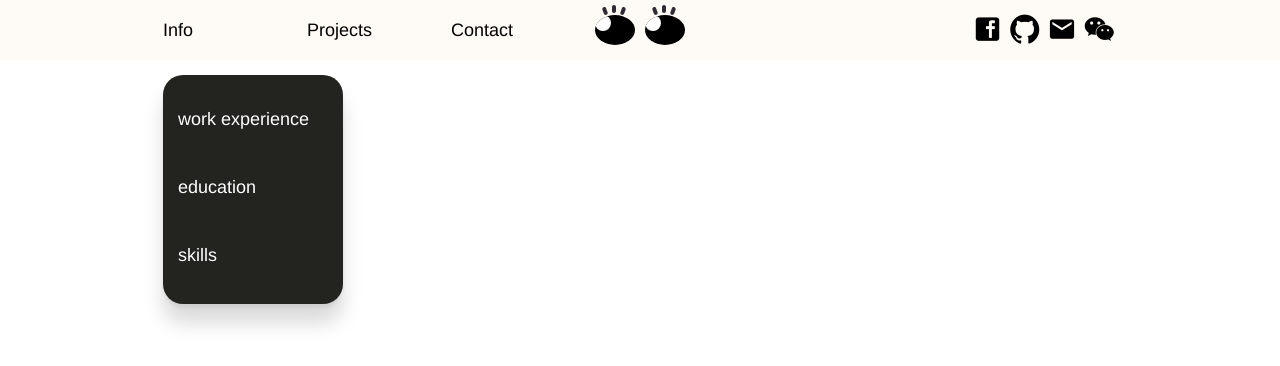
Repository: jinghuai8092/personal_website
Page: /
An editor plug-in stored every save of this project. The page is shown before and after the next save, followed by the edit.
The browser window is 1280 px wide. The pictures show the whole page.
The project was rebuilt for these pictures with package versions that can differ from the ones it lists, and the page was loaded fresh each time.

Above is the page before, as saved 2021-09-09 22:38:27.

### src/index.js
import React from 'react';
import ReactDOM from 'react-dom';
import App from './App';
import reportWebVitals from './reportWebVitals';
import './reset.css';
import './style.module.css';
import './status/iconFont/iconFont.module.css';

ReactDOM.render(
  <React.StrictMode>
    <App />
  </React.StrictMode>,
  document.getElementById('root')
);

// If you want to start measuring performance in your app, pass a function
// to log results (for example: reportWebVitals(console.log))
// or send to an analytics endpoint. Learn more: https://bit.ly/CRA-vitals
reportWebVitals();

### src/App.js
import Header from "./common/header";

function App() {
  return (
    <Header></Header>
  );
}

export default App;

### src/style.module.css
:global(.positionRelative){
    position: relative;
}

### src/status/iconFont/iconFont.module.css
@font-face {
    font-family: 'iconfont';
    src: url('./iconfont.woff2?t=1631239155577') format('woff2'),
         url('./iconfont.woff?t=1631239155577') format('woff'),
         url('./iconfont.ttf?t=1631239155577') format('truetype');
  }
  :global(.iconfont) {
    font-family: "iconfont" !important;
    font-size: 16px;
    font-style: normal;
    -webkit-font-smoothing: antialiased;
    -moz-osx-font-smoothing: grayscale;
  }

### src/common/header/index.js
import React, { PureComponent } from 'react';
import styles from './header.module.css'
import classNames from 'classnames';


class Header extends PureComponent {
    render() {
        return (
            <div className={styles.header}>
                <nav className={styles.nav}>
                    <ul className={styles.ul}>
                        <li className={styles.li}>Info
                            <div className={styles.infoMenu}>
                                <ul>
                                    <li>work experience</li>
                                    <li>education</li>
                                    <li>skills</li>
                                </ul>
                            </div>
                        </li>
                        <li className={styles.li}>Projects</li>
                        <li className={styles.li}>Contact</li>
                        <li className='positionRelative'>
                            <div className={classNames(styles.eyes, styles.eyesLeft)} >
                                <span className={styles.circle}></span>
                            </div>
                            <span className={classNames(styles.lash, styles.lashLeft)}></span>
                        </li>
                        <li className='positionRelative'>
                            <div className={classNames(styles.eyes, styles.eyesRight)} >
                                <span className={styles.circle}></span>
                            </div>
                            <span className={classNames(styles.lash, styles.lashRight)}></span>
                        </li>
                        <li className={styles.li}></li>
                        <li className={styles.li}></li>
                        <li className={styles.li}>
                            <span className={classNames('iconfont', styles.iconfont)}>&#xe68c; </span>
                            <span className={classNames('iconfont', styles.iconfont)}>&#xea0b; </span>
                            <span className={classNames('iconfont', styles.iconfont)}>&#xe634; </span>
                            <span className={classNames('iconfont', styles.iconfont)}>&#xe6ca; </span>
                        </li>

                    </ul>


                </nav >
            </div>
        )
    }
}

export default Header;

### src/common/header/header.module.css
.header{
    position: fixed;
    width: 100%;
    z-index:999;
    background-color: #fefaf6;
}
.nav{
    max-width: 1600px;
    width: 100%;
    margin:0 auto;
    position: relative;
    display: block;
}
.ul{
    margin: 0 auto;
    list-style-type: none;
    display: flex;
    padding: 0;
    max-width: 90%;
    box-sizing: border-box;
    align-items: center;
    justify-content: center;
    margin:0 auto;
    font-family: Biotif-Regular,Helvetica Neue,Helvetica,Arial,sans-serif;
    font-size: 18px;
}
.li{
    display: list-item;
    height: 60px;
    line-height: 60px;
    width: 12.5%;
}

.eyes{
    background: black;
    width: 40px;
    height: 30px;
    border-radius: 50%;
    overflow: hidden;
    position: relative;
}
.eyesLeft{
    margin-right: 5px;
}
.eyesRight{
    margin-left: 5px;

}
.circle{
    background-color: white;
    width: 16px;
    height: 16px;
    border-radius: 50%;
    position:relative;
    transform: rotate(0deg);
    display: flex;
    transform-origin: 25px 15px;
}
.lash{
    background-image: url(../../status/images/header/lash.svg);
    position:absolute;
    width: 24px;
    height: 10px;
    top: -10px;
    left:7px;
}
.lashRight{
    margin-left:5px;
}
.lashLeft{
    margin-right: 5px;
}
.iconfont{
    font-size: 29px!important;
    margin-right: 1px;
}
.infoMenu{
    pointer-events: none;
    opacity: 1;
    transition: all .2s cubic-bezier(.175,.885,.32,1.275);
    transform: translate3d(0,15px,0);
    position: relative;
    z-index: 10000;
}
.infoMenu>ul{
    list-style-type: none;
    margin: 0;
    padding: 10px 15px 15px;
    background: #232320;
    box-shadow: 0 4px 4px rgb(0 0 0 / 6%), 0 19px 20px rgb(0 0 0 / 15%);
    border-radius: 20px;
    min-width: 150px;
}
.infoMenu>ul>li{
    padding: 4px 0;
    color: #fff;
    font-size: 18px;
    position: relative;
}

Loaded but not shown: public/index.html (common file); src/reportWebVitals.js (common file); src/reset.css (common file)

After the next save:
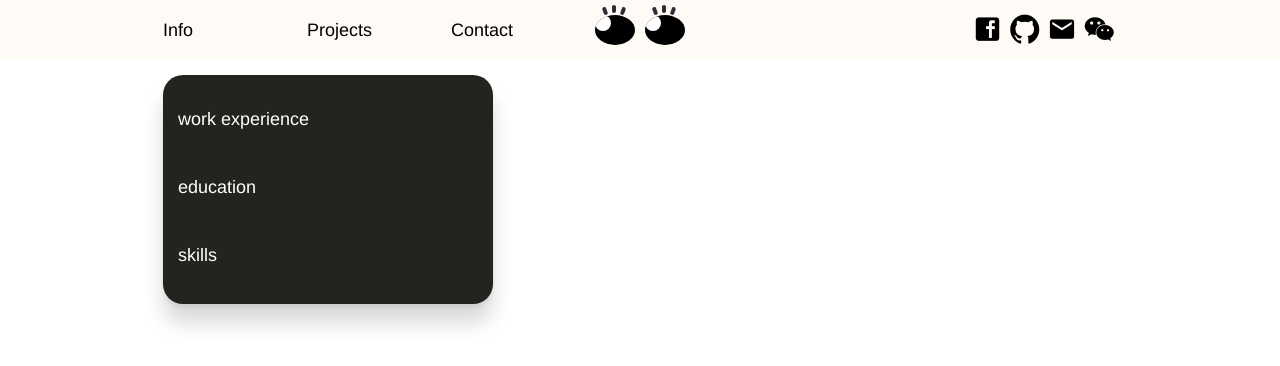
Saved 6 s later.
--- a/src/common/header/header.module.css
+++ b/src/common/header/header.module.css
@@ -89,7 +89,7 @@
     background: #232320;
     box-shadow: 0 4px 4px rgb(0 0 0 / 6%), 0 19px 20px rgb(0 0 0 / 15%);
     border-radius: 20px;
-    min-width: 150px;
+    min-width: 300px;
 }
 .infoMenu>ul>li{
     padding: 4px 0;
